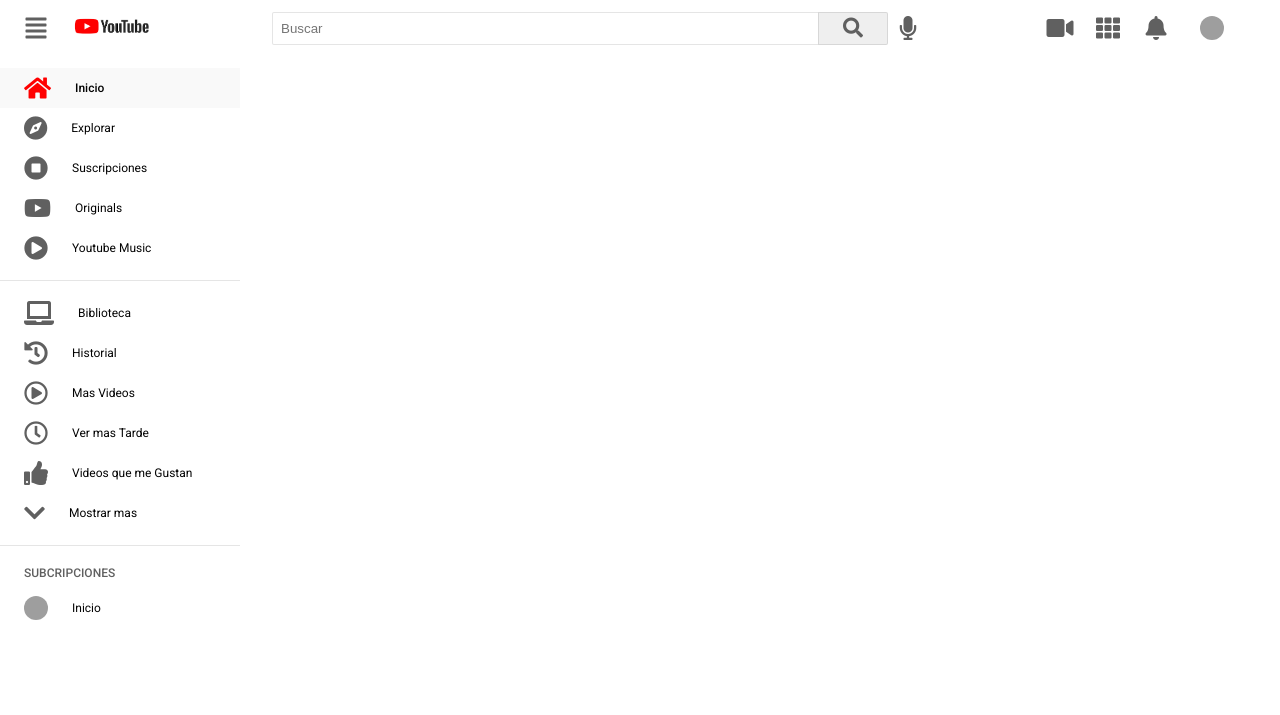
Repository: RobertAries28/ClonYoutube
Page: index.html
These files come from the project's save history. The page is drawn as it stood at one moment and after the next save; the edit follows.
The browser window is 1280 px wide. The pictures show the whole page.
Pictures or frames that could not be fetched are drawn as grey boxes. Some web libraries are served in a nearby version.

Above is the page before, as saved 2021-09-04 09:12:46.

### index.html
<!DOCTYPE html>
<html lang="en">
<head>
    <meta charset="UTF-8">
    <meta http-equiv="X-UA-Compatible" content="IE=edge">
    <meta name="viewport" content="width=device-width, initial-scale=1.0">
    <link rel="stylesheet" href="style.css">
    <link rel="stylesheet" href="https://use.fontawesome.com/releases/v5.8.1/css/all.css" integrity="sha384-50oBUHEmvpQ+1lW4y57PTFmhCaXp0ML5d60M1M7uH2+nqUivzIebhndOJK28anvf" crossorigin="anonymous">


    <title>Document</title>
</head>
<body>
   <header class="main-header">
       <div class="place-center button-container">
            <button class=" action-button fas fa-align-justify"></button>
            <img class="logo" src="data:[embedded picture, 3218 characters]" alt="">
        </div>


       <div class="middle place-center">
           <form class=" place-center form-search">
               <input type="search" placeholder="Buscar" class="input">
              <button class="submit fas fa-search" data-tooltip="Buscar"></button>
            </form>

           <button data-tooltip="Haz busqueda por voz" class=" action-button fas fa-microphone"></button>
       </div>

       <div class="place-center button-container">


        <button data-tooltip="Crear" class=" action-button fas fa-video"></button>
        <button data-tooltip="Aplicaciones de youtube" class=" action-button fas fa-th"></button>
        <button  data-tooltip="Notificaciones" class=" action-button fas fa-bell"></button>
        <div class="user">
           <div class="user-avatar">

               <img class="image" src="https://i.pinimg.com/280x280_RS/7d/d0/f4/7dd0f465ad261b24bc09a1508da78cc1.jpg" alt="">
           </div>
        </div>
       </div>
   </header>

   <div class="main-sidebar">
       <nav class="main-nav">
          <ul>
              <li>
                  <a href="" class="link is-active">
                    <span class=" icon fas fa-home"></span>
                      <span>Inicio</span>
                    </a>

              </li>

              <li>
                <a href="" class="link">
                  <span class=" icon fas fa-compass"></span>
                    <span>Explorar</span>
                  </a>

            </li>

            <li>
              <a href="" class="link">
                <span class=" icon fas fa-stop-circle"></span>
                  <span>Suscripciones</span>
                </a>

          </li>

          <li>
            <a href="" class="link">
              <span class=" icon fab fa-youtube"></span>
                <span>Originals</span>
              </a>

        </li>

        <li>
          <a href="" class="link">
            <span class=" icon fas fa-play-circle"></span>
              <span>Youtube Music</span>
            </a>

      </li>

        </ul>
        <hr/>



        <ul>
          <li>
              <a href="" class="link">
                <span class=" icon fas fa-laptop"></span>
                  <span>Biblioteca</span>
                </a>

          </li>

          <li>
            <a href="" class="link">
              <span class=" icon fas fa-history"></span>
                <span>Historial</span>
              </a>

        </li>

        <li>
          <a href="" class="link">
            <span class=" icon far fa-play-circle"></span>
              <span>Mas Videos</span>
            </a>

      </li>

      <li>
        <a href="" class="link">
          <span class=" icon far fa-clock"></span>
            <span>Ver mas Tarde</span>
          </a>

    </li>

    <li>
      <a href="" class="link">
        <span class=" icon fas fa-thumbs-up"></span>
          <span>Videos que me Gustan</span>
        </a>

  </li>

  <li>
    <a href="" class="link">
      <span class=" icon fas fa-chevron-down"></span>
        <span>Mostrar mas</span>
      </a>

</li>

    </ul>
    <hr/>

    <h4 class="nav-title">SUBCRIPCIONES</h4>
    <ul>
      <li>
        <a href="" class="link">
          <div class="user-avatar">

            <img class="image" src="https://i.pinimg.com/280x280_RS/7d/d0/f4/7dd0f465ad261b24bc09a1508da78cc1.jpg" alt="">
        </div>
            <span>Inicio</span>
          </a>

    </li>
    </ul>

       </nav>
   </div>
</body>
</html>

### style.css

@import url('https://fonts.googleapis.com/css2?family=Roboto:wght@400;500&display=swap');

*{
    margin:  0;
    padding: 0;
    box-sizing: border-box;
}

 /* variables globales */

:root{
    /* colores*/
    --accent-color: #ff0000;
    --grey-color: #909090;
    --grey-color-alt: #CCC;
    --border-color: rgba(0,0,0,0.1);

    /*colores de fondo*/
    --bg-color: #fff;
     --bgcolor-alt: #f9f9f9;
     --bg-color-active: #e5e5e5;

     /*colores de texto*/

     --text-color: #030303;
     --text-color-alt: #606060;
     --text-color-white: #fff;

  /* fuentes */
     --body-font : 'Roboto',sans-serif;


     /* Tamaño de texto*/
--big-font-size: 1.125rem;
--normal-font-size: 1rem;
--small-font-size: 0.875rem;
--smaller-font-size: 0.75rem;
--font-bold: 500;

/* otros*/
  --header-height: 56px;
  --z-tooltip: 25;
  --z-fixed: 100;
  --border-radius: 2px;
}



body{
    font-family: var(--body-font);
    background-color: var(--bg-color-alt);
}

h1,h2,h3,h4,h5,h6,b{
    font-weight: var(--font-bold);
}

hr{
    --spacing: 0.75rem;
    border: none;
    border-bottom: 1px solid var(--border-color);
    margin-bottom: var(--spacing);
    padding-top: var(--spacing);

}

img{
    width: 100%;
}

.place-center{
    display: flex;
    justify-content: center;
    align-items: center;
}

.button-container{
    display: flex;
    gap: 0.5rem;
}

/******------cabecera principal -----***/

.main-header{
    height: var(--header-height);
     background-color: var(--bg-color);
    display: flex;
    justify-content: space-between;
    padding: 0 1rem;
    align-items: center;
    position: fixed;
    width: 100%;
    left: 0;
    top: 0;
    z-index: var(--z-fixed);

}

.main-header img{
    height: 56px;
}

.main-header .logo{
    width: 6rem;
}

.main-header .middle{
    flex-basis: 720px;

    padding: 0 2rem;
}

.main-header .form-search{
 flex-grow: 1;
 align-items: stretch;
}

.main-header .input{
    flex-grow: 1;
    padding: 0.5rem;
    border: 1px solid var(--border-color);
    border-right: 0;
    border-radius: var(--border-radius) 0 0 var(--border-radius);


}

.main-header .submit{
    padding: 0 1.5rem;
    border: 1px solid var(--border-color);
    font-size: 1.25rem;
    color: var(--text-color-alt);
    border-radius: 0 var(--border-radius) var(--border-radius) 0;
    cursor: pointer;
}



/*----Avatar del usuario----*/
.user-avatar{
    --size: 2rem;
    width:  var(--size);
    height: var(--size);
    cursor: pointer;
    flex: none;

}

.user{
    padding: 0 1rem;
}

.user-avatar .image{
    width: 100%;
    height: 100%;
    object-fit: cover;
    border-radius: 50%;
}


/* Botones de accion **/
.action-button{
    --size: 2.5rem;
    height: var(--size);
    width: var(--size);
    border-radius: 50%;
    border: 1px solid transparent;
    background: none;
    transition: border-color 1s;
    cursor: pointer;
}
.action-button::before{
    color: var(--text-color-alt);
    font-size: 1.5rem;
}

.action-button:active{
    background-color: var(--bg-color-active) ;
    border-color: var(--bg-color-active);
}


/* tooltip*/
[data-tooltip]{
    position: relative;
}

[data-tooltip]:hover::after{
    opacity: 1;
}

[data-tooltip]::after{
    content: attr(data-tooltip);
    position: absolute;
    left: 50%;
    top: 3.5rem;
    transform: translateX(-50%);
    padding: 0.5rem;
    background-color: var(--text-color-alt);
    color: var(--text-color-white);
    font-family: var(--body-font);
    font-size: var(--smaller-font-size);
    border-radius: var(--border-radius);
       white-space: nowrap;
       opacity: 0;
    pointer-events:none;
    transition: opacity 0.5s;
    z-index: var(--z-tooltip);
}


/***** menu lateral***/

.main-sidebar{
    --main-nav-padding: 0.5rem 1.5rem;
    position: fixed;
    top: var(--header-height);
    height: calc(100vh - var(--header-height));
    width: 240px;
    padding: 0.75rem 0;

    overflow: auto;
}


/****** items de navegacion ****/
.main-nav .link{
    display: flex;
    align-items: center;
    padding: var(--main-nav-padding);
    color: var(--text-color);
    font-size: var(--smaller-font-size);
    text-decoration: none;

    font-size: 1rem;
}

.main-nav .link.is-active, .main-nav .link:hover{
    background-color: var(--bgcolor-alt);
}

.main-nav .link.is-active{
    font-weight: var(--font-bold);
}

.main-nav .link.is-active .icon{
    color: var(--accent-color);
}

.main-nav .link .icon{
    margin-right: 1.5rem;
    font-size: 1.5rem;
    color: var(--text-color-alt);

}

.user-avatar{
    margin-right: 1.5rem;
    --size: 1.5rem
}

span{
    font-size: var(--smaller-font-size);
}

/* Titulo de secciones en navegacion lateral */
.nav-title{
    padding: var(--main-nav-padding);
    color: var(--text-color-alt);
    font-size: var(--smaller-font-size);
    text-transform: uppercase;
}

After the next save:
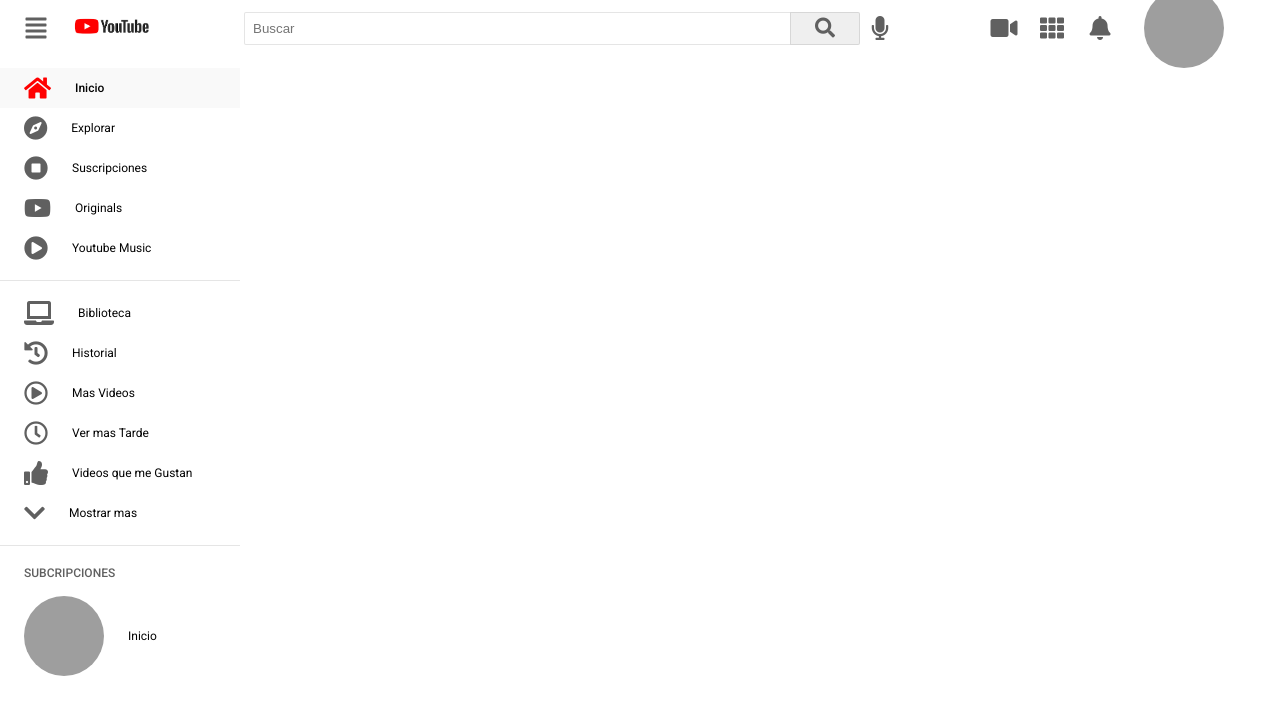
Saved 15 s later.
--- a/style.css
+++ b/style.css
@@ -257,7 +257,7 @@
 
 .user-avatar{
     margin-right: 1.5rem;
-    --size: 1.5rem
+    --size:5rem
 }
 
 span{

After the save that followed:
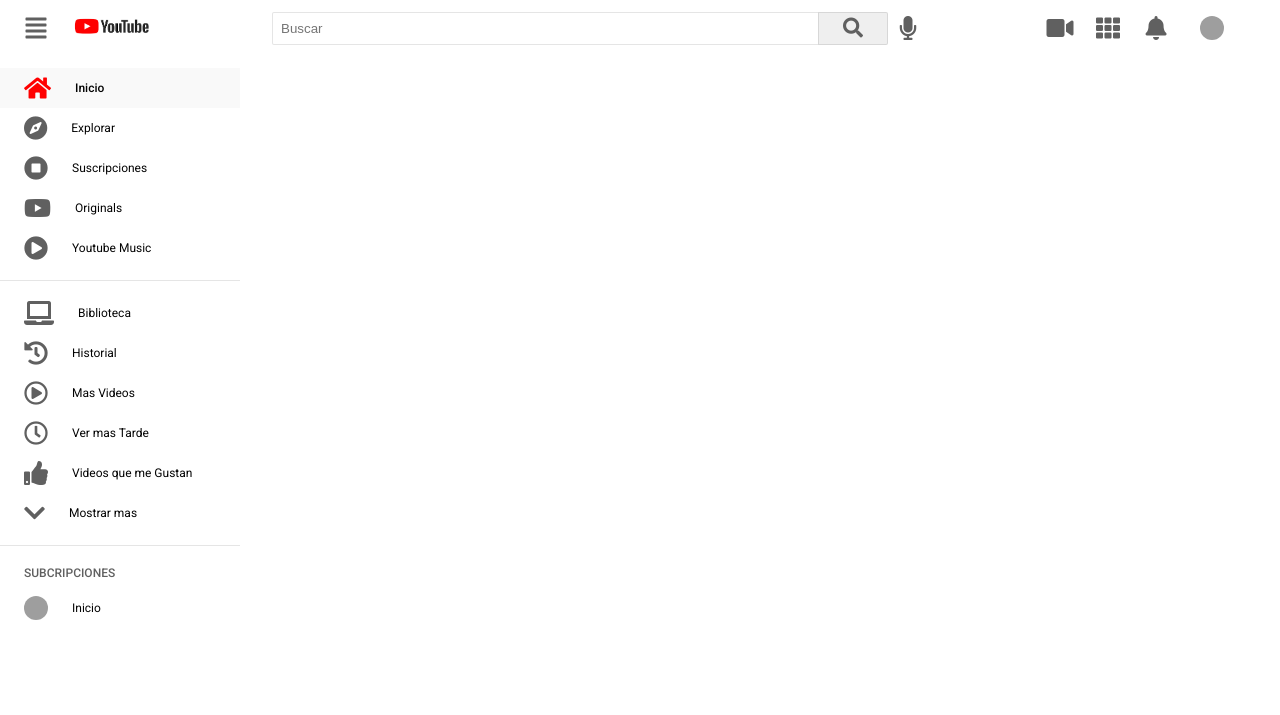
Saved 9 s later.
--- a/style.css
+++ b/style.css
@@ -257,7 +257,7 @@
 
 .user-avatar{
     margin-right: 1.5rem;
-    --size:5rem
+    --size:1.5rem
 }
 
 span{
